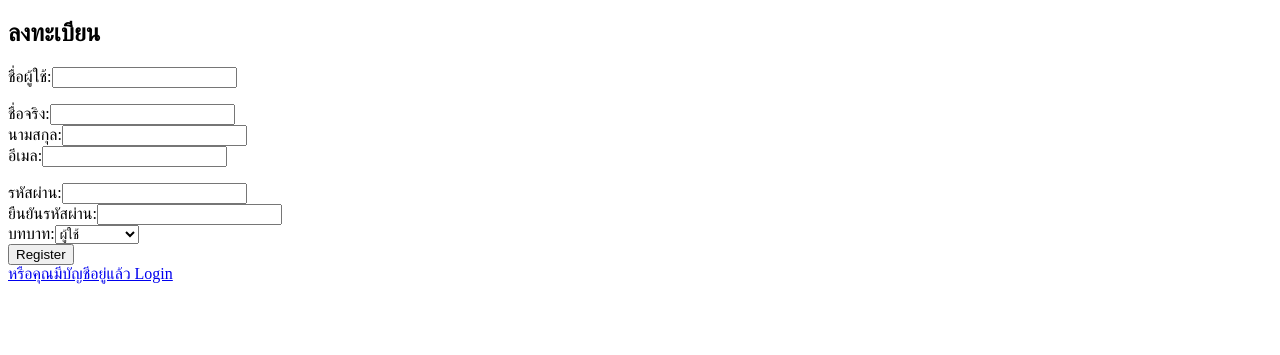
Repository: narawit101/project
Page: /register (app in frontend/)
The author's editor kept a copy of each file at every save. The page is drawn from the files as they stood at one save, then again after the next save.
The browser window is 1280 px wide. The pictures show the whole page.
The project was rebuilt for these pictures with package versions that can differ from the ones it lists, and the page was loaded fresh each time. The framework's server and built-in components were replaced by stand-ins that run in the browser. Also part of the build but not shown: frontend/next.config.mjs, frontend/src/app/globals.css.

Above is the page before, as saved 2025-01-21 17:10:11.

After the next save:
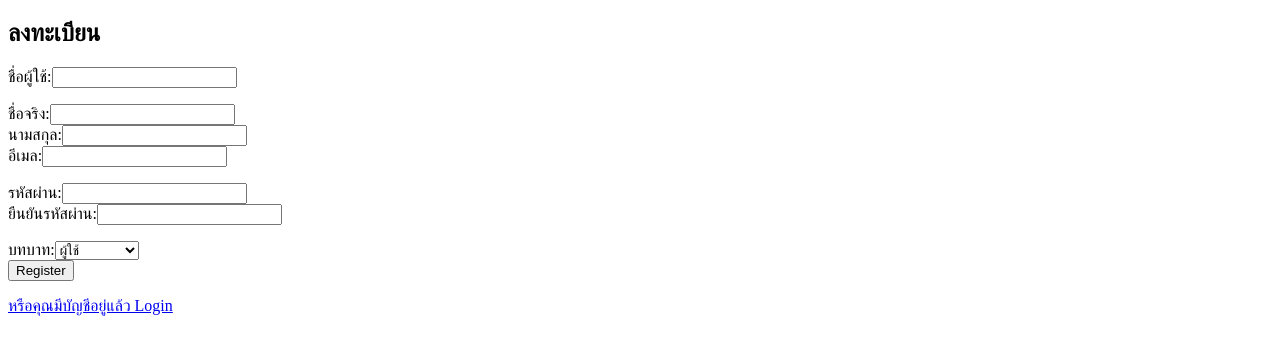
Saved 3 min 17 s later.
--- a/frontend/src/app/components/Register.jsx
+++ b/frontend/src/app/components/Register.jsx
@@ -3,7 +3,6 @@ import React, { useState } from 'react';
 
 // Register component definition
 export default function Register() {
-  // State to manage form inputs
   const [formData, setFormData] = useState({
     user_name: '',
     first_name: '',
@@ -14,20 +13,18 @@ export default function Register() {
     role: 'customer'
   });
 
-  // State to manage duplicate status
-  const [errors, setErrors] = useState({ user_name: '', email: '' });
-
-  // Handle input change and validate for duplicates
+  // State for error messages
+  const [errors, setErrors] = useState({ user_name: '', email: '', passwordMatch: '' });
+
   const handleChange = async (e) => {
     const { name, value } = e.target;
 
-    // Update form data
     setFormData({
       ...formData,
       [name]: value
     });
 
-    // Check for duplicate user_name or email dynamically
+    // Check for duplicate username and email dynamically as the user types
     if (name === 'user_name' || name === 'email') {
       try {
         const response = await fetch(`http://localhost:5000/register/check-duplicate?field=${name}&value=${value}`);
@@ -46,32 +43,36 @@ export default function Register() {
     }
   };
 
-  // Handle form submission
   const handleSubmit = async (e) => {
     e.preventDefault();
 
-    // Validate password length
+    // Reset password match error before validating
+    setErrors((prevErrors) => ({ ...prevErrors, passwordMatch: '' }));
+
+    // Check if password is at least 10 characters long
     if (formData.password.length < 10) {
-      alert('รหัสผ่านต้องมีอย่างน้อย 10 ตัวอักษร');
+      setErrors((prevErrors) => ({
+        ...prevErrors,
+        passwordMatch: 'รหัสผ่านต้องมีอย่างน้อย 10 ตัวอักษร'
+      }));
       return;
     }
 
-    // Validate password match
+    // Check if password and confirmPassword match
     if (formData.password !== formData.confirmPassword) {
-      alert('รหัสผ่านและการยืนยันรหัสผ่านไม่ตรงกัน');
+      setErrors((prevErrors) => ({
+        ...prevErrors,
+        passwordMatch: 'รหัสผ่านและการยืนยันรหัสผ่านไม่ตรงกัน'
+      }));
       return;
     }
 
     // Prevent submission if there are duplicate errors
-    if (errors.user_name || errors.email) {
-      alert('โปรดแก้ไขข้อผิดพลาดก่อนส่ง');
+    if (errors.user_name || errors.email || errors.passwordMatch) {
       return;
     }
 
     try {
-      // Log data being sent
-      console.log('Sending data:', formData);
-
       const response = await fetch('http://localhost:5000/register', {
         method: 'POST',
         headers: {
@@ -85,7 +86,7 @@ export default function Register() {
       if (!response.ok) {
         const errorData = await response.json();
         console.error('Server Error:', errorData);
-        alert(`ข้อผิดพลาด: ${errorData.message || 'การลงทะเบียนล้มเหลว'}`);
+        setErrors((prevErrors) => ({ ...prevErrors, serverError: errorData.message || 'การลงทะเบียนล้มเหลว' }));
       } else {
         const data = await response.json();
         console.log('Success:', data);
@@ -102,7 +103,7 @@ export default function Register() {
       }
     } catch (error) {
       console.error('Error:', error);
-      alert('เกิดข้อผิดพลาดระหว่างการลงทะเบียน');
+      setErrors((prevErrors) => ({ ...prevErrors, serverError: 'เกิดข้อผิดพลาดระหว่างการลงทะเบียน' }));
     }
   };
 
@@ -113,45 +114,87 @@ export default function Register() {
         {/* User Name Input */}
         <div>
           <label htmlFor="user_name">ชื่อผู้ใช้:</label>
-          <input type="text" id="user_name" name="user_name" value={formData.user_name} onChange={handleChange} />
+          <input
+            type="text"
+            id="user_name"
+            name="user_name"
+            value={formData.user_name}
+            onChange={handleChange}
+          />
           <p>{errors.user_name}</p>
         </div>
 
         {/* First Name Input */}
         <div>
           <label htmlFor="first_name">ชื่อจริง:</label>
-          <input type="text" id="first_name" name="first_name" value={formData.first_name} onChange={handleChange} />
+          <input
+            type="text"
+            id="first_name"
+            name="first_name"
+            value={formData.first_name}
+            onChange={handleChange}
+          />
         </div>
 
         {/* Last Name Input */}
         <div>
           <label htmlFor="last_name">นามสกุล:</label>
-          <input type="text" id="last_name" name="last_name" value={formData.last_name} onChange={handleChange} />
+          <input
+            type="text"
+            id="last_name"
+            name="last_name"
+            value={formData.last_name}
+            onChange={handleChange}
+          />
         </div>
 
         {/* Email Input */}
         <div>
           <label htmlFor="email">อีเมล:</label>
-          <input type="email" id="email" name="email" value={formData.email} onChange={handleChange} />
+          <input
+            type="email"
+            id="email"
+            name="email"
+            value={formData.email}
+            onChange={handleChange}
+          />
           <p>{errors.email}</p>
         </div>
 
         {/* Password Input */}
         <div>
           <label htmlFor="password">รหัสผ่าน:</label>
-          <input type="password" id="password" name="password" value={formData.password} onChange={handleChange} />
+          <input
+            type="password"
+            id="password"
+            name="password"
+            value={formData.password}
+            onChange={handleChange}
+          />
         </div>
 
         {/* Confirm Password Input */}
         <div>
           <label htmlFor="confirmPassword">ยืนยันรหัสผ่าน:</label>
-          <input type="password" id="confirmPassword" name="confirmPassword" value={formData.confirmPassword} onChange={handleChange} />
+          <input
+            type="password"
+            id="confirmPassword"
+            name="confirmPassword"
+            value={formData.confirmPassword}
+            onChange={handleChange}
+          />
+          <p>{errors.passwordMatch}</p>
         </div>
 
         {/* Role Input */}
         <div>
           <label htmlFor="role">บทบาท:</label>
-          <select id="role" name="role" value={formData.role} onChange={handleChange}>
+          <select
+            id="role"
+            name="role"
+            value={formData.role}
+            onChange={handleChange}
+          >
             <option value="customer">ผู้ใช้</option>
             <option value="field_owner">เจ้าของสนาม</option>
           </select>
@@ -159,6 +202,7 @@ export default function Register() {
 
         {/* Submit Button */}
         <button type="submit">Register</button>
+        <p>{errors.serverError}</p>
       </form>
     </div>
   );
